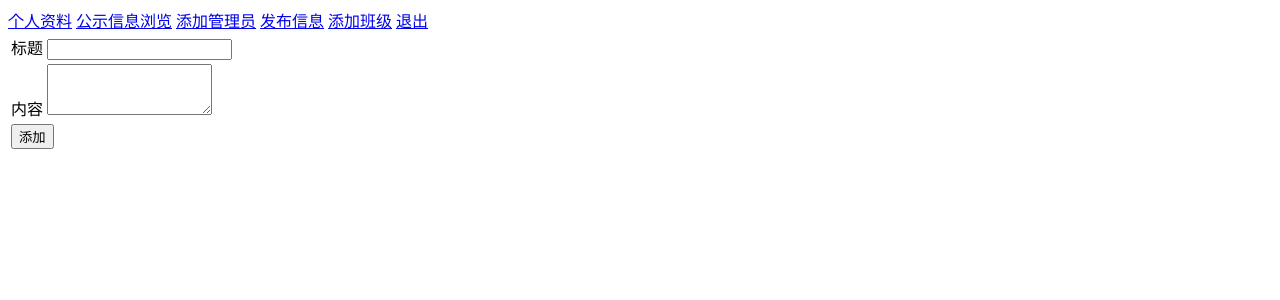
Repository: wyubb/Java
Page: http://localhost/Chapter3/addclasses.jsp
An editor plug-in stored every save of this project. The page is shown before and after the next save, followed by the edit.
The browser window is 1280 px wide. The pictures show the whole page.
The page is served by Tomcat 9. Queries for data that is not in the repository find no rows.

Above is the page before, as saved 2019-04-07 07:45:41.

After the next save:
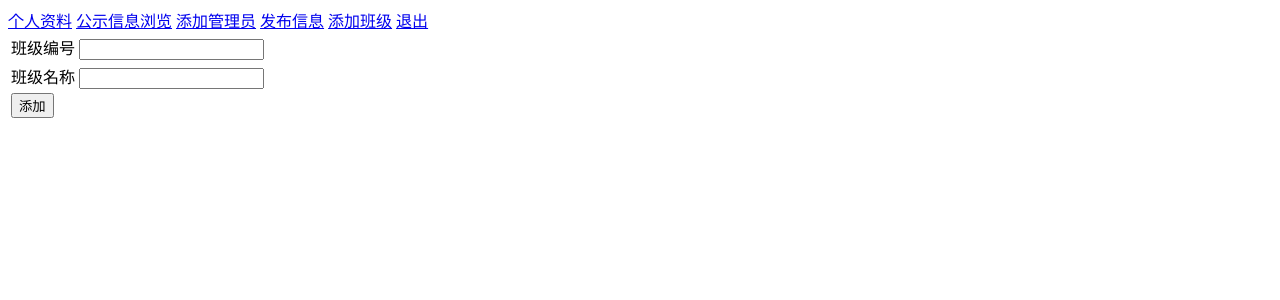
Saved 3 min 40 s later.
--- a/Chapter3/WebContent/addclasses.jsp
+++ b/Chapter3/WebContent/addclasses.jsp
@@ -39,17 +39,16 @@ String basePath = request.getScheme()+"://"+request.getServerName()+":"+request.
 	<table>
 		<tr>
 			<td>
-				<label>标题</label>
-				<input type="text" name="title"/>
+				<label>班级编号</label>
+				<input type="text" name="classes_id"/>
 			</td>
 		</tr>
 		<tr>
 			<td>
-				<label>内容</label>
-				<textarea rows="3" cols="18" name="content"></textarea>
+				<label>班级名称</label>
+				<input type = "text" name = "classes_name" />
 			</td>
 		</tr>
-
 		<tr>
 			<td>
 				<input type="submit" value="添加"/>
